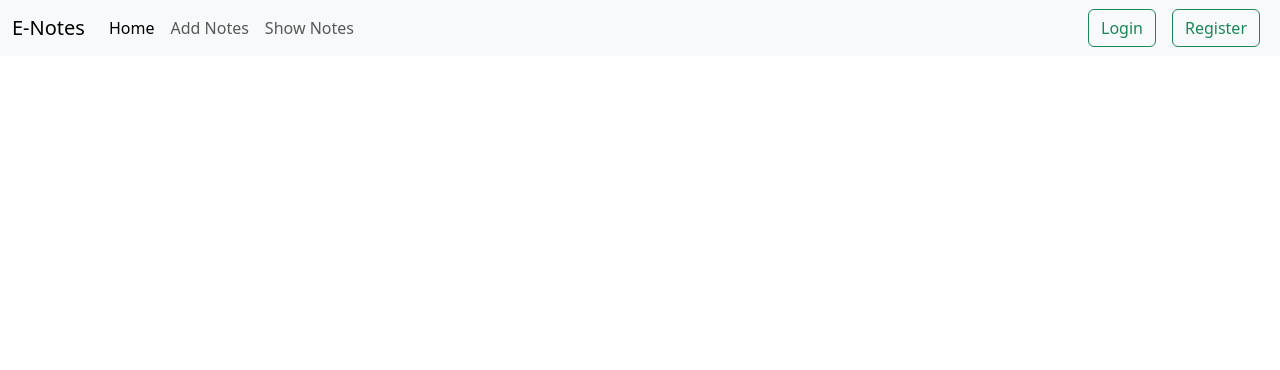
Repository: SandeepSharma2002/JavaProjects
Page: http://localhost/ENotes/LoginPage.jsp
The author's editor kept a copy of each file at every save. The page is drawn from the files as they stood at one save, then again after the next save.
The browser window is 1280 px wide. The pictures show the whole page.
The page is served by Tomcat 9. Other server files are loaded and not shown.

Above is the page before, as saved 2023-10-23 19:51:51.

### ENotes/src/main/webapp/LoginPage.jsp
<%@ page language="java" contentType="text/html; charset=ISO-8859-1"
    pageEncoding="ISO-8859-1"%>
<!DOCTYPE html>
<html>
<head>
<meta charset="ISO-8859-1">
<title>Login Page</title>
<%@ include file="Components/allcss.jsp"%>
</head>
<body>
<%@include file="Components/Navbar.jsp"%>

</body>
</html>

### ENotes/src/main/webapp/Components/allcss.jsp
<link ref="stylesheet" href="Style/Style.css" />

<link
	href="https://cdn.jsdelivr.net/npm/bootstrap@5.3.2/dist/css/bootstrap.min.css"
	rel="stylesheet"
	integrity="sha384-T3c6CoIi6uLrA9TneNEoa7RxnatzjcDSCmG1MXxSR1GAsXEV/Dwwykc2MPK8M2HN"
	crossorigin="anonymous">

<link rel="stylesheet"
	href="https://cdnjs.cloudflare.com/ajax/libs/font-awesome/6.4.2/css/all.min.css"
	integrity="sha512-z3gLpd7yknf1YoNbCzqRKc4qyor8gaKU1qmn+CShxbuBusANI9QpRohGBreCFkKxLhei6S9CQXFEbbKuqLg0DA=="
	crossorigin="anonymous" referrerpolicy="no-referrer" />


<script
	src="https://cdn.jsdelivr.net/npm/bootstrap@5.3.2/dist/js/bootstrap.bundle.min.js"
	integrity="sha384-C6RzsynM9kWDrMNeT87bh95OGNyZPhcTNXj1NW7RuBCsyN/o0jlpcV8Qyq46cDfL"
	crossorigin="anonymous"></script>

### ENotes/src/main/webapp/Components/Navbar.jsp
<nav class="navbar navbar-expand-lg navbar-light bg-light">
  <div class="container-fluid">
    <a class="navbar-brand" href="index.jsp">E-Notes</a>
    <button class="navbar-toggler" type="button" data-bs-toggle="collapse" data-bs-target="#navbarSupportedContent" aria-controls="navbarSupportedContent" aria-expanded="false" aria-label="Toggle navigation">
      <span class="navbar-toggler-icon"></span>
    </button>
    <div class="collapse navbar-collapse" id="navbarSupportedContent">
      <ul class="navbar-nav me-auto mb-2 mb-lg-0">
        <li class="nav-item">
          <a class="nav-link active" aria-current="page" href="#">Home</a>
        </li>
        <li class="nav-item">
          <a class="nav-link" href="#">Add Notes</a>
        </li>
        <li class="nav-item">
          <a class="nav-link" href="#">Show Notes</a>
        </li>
      </ul>
      <form class="d-flex">
        <a href = "LoginPage.jsp" class = "btn btn-outline-success my-2 my-sm-0 mx-sm-2" type = "submit">Login</a>
        <a href = "RegisterPage.jsp" class = "btn btn-outline-success my-2 my-sm-0 mx-sm-2" type = "submit">Register</a>
      </form>
    </div>
  </div>
</nav>

After the next save:
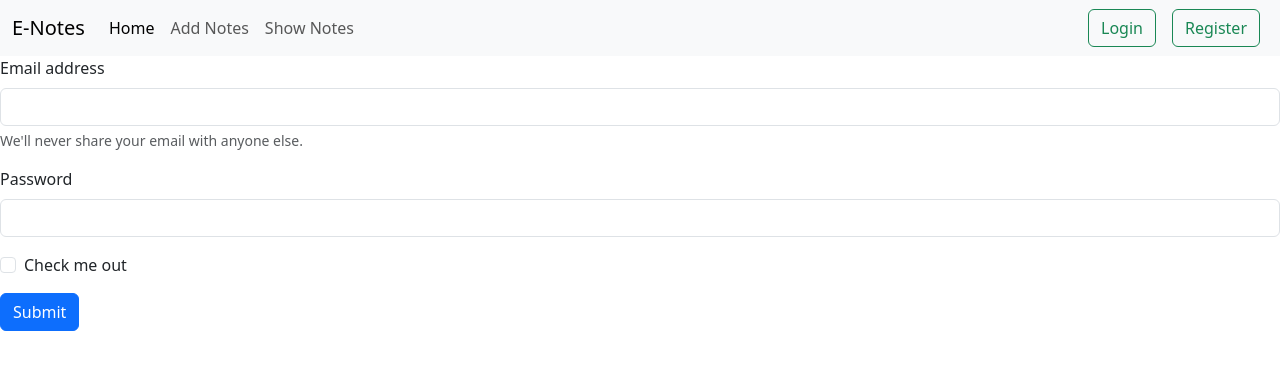
Saved 95 s later.
--- a/ENotes/src/main/webapp/LoginPage.jsp
+++ b/ENotes/src/main/webapp/LoginPage.jsp
@@ -1,5 +1,5 @@
 <%@ page language="java" contentType="text/html; charset=ISO-8859-1"
-    pageEncoding="ISO-8859-1"%>
+	pageEncoding="ISO-8859-1"%>
 <!DOCTYPE html>
 <html>
 <head>
@@ -8,7 +8,26 @@
 <%@ include file="Components/allcss.jsp"%>
 </head>
 <body>
-<%@include file="Components/Navbar.jsp"%>
-
+	<%@include file="Components/Navbar.jsp"%>
+	<form>
+		<div class="mb-3">
+			<label for="exampleInputEmail1" class="form-label">Email
+				address</label> <input type="email" class="form-control"
+				id="exampleInputEmail1" aria-describedby="emailHelp">
+			<div id="emailHelp" class="form-text">We'll never share your
+				email with anyone else.</div>
+		</div>
+		<div class="mb-3">
+			<label for="exampleInputPassword1" class="form-label">Password</label>
+			<input type="password" class="form-control"
+				id="exampleInputPassword1">
+		</div>
+		<div class="mb-3 form-check">
+			<input type="checkbox" class="form-check-input" id="exampleCheck1">
+			<label class="form-check-label" for="exampleCheck1">Check me
+				out</label>
+		</div>
+		<button type="submit" class="btn btn-primary">Submit</button>
+	</form>
 </body>
 </html>
